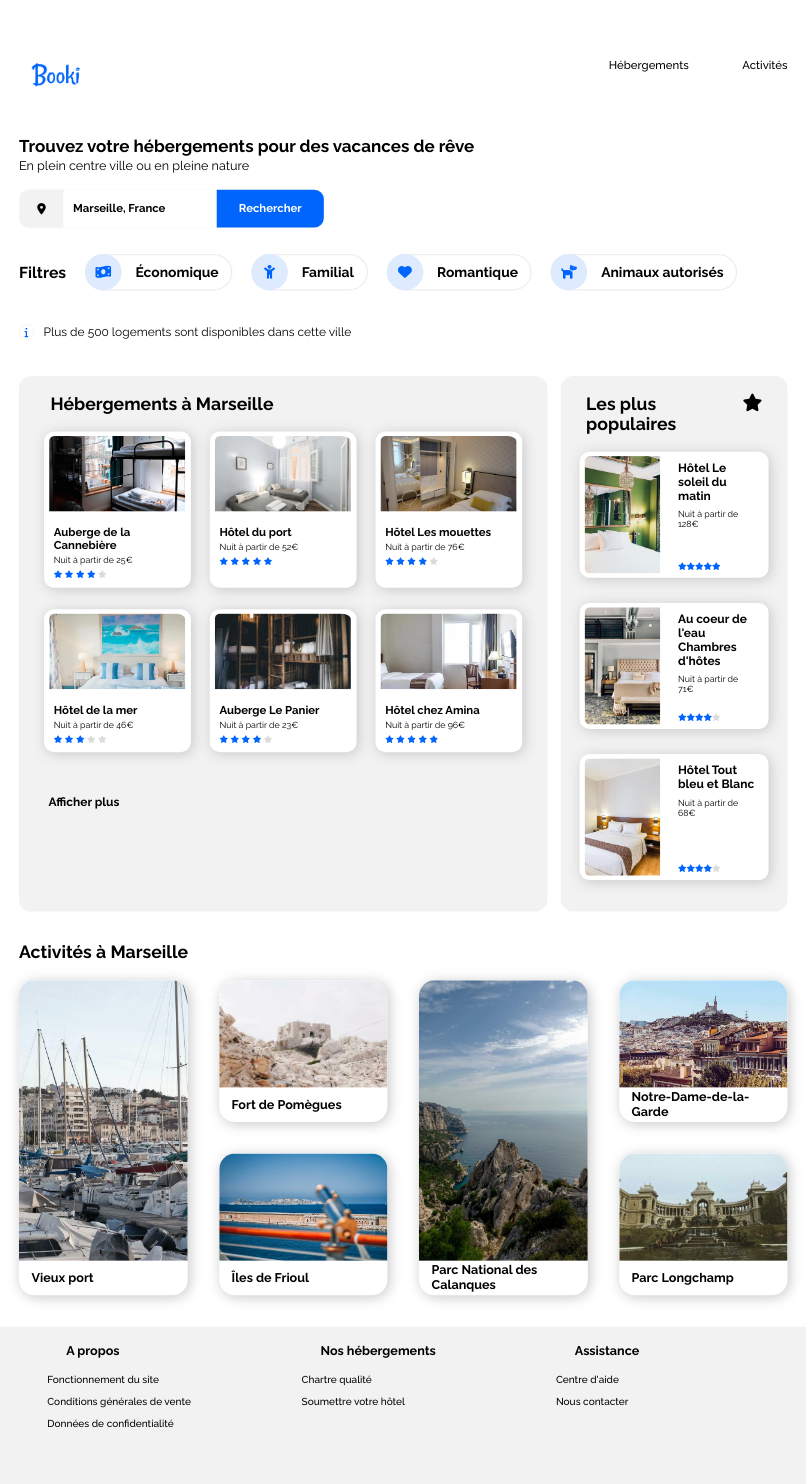
Repository: leandroBarbosaFR/booki
Page: index.html
An editor plug-in stored every save of this project. The page is shown before and after the next save, followed by the edit.
The browser window is 1280 px wide. The pictures show the whole page, at 63% of full size.

Above is the page before, as saved 2022-07-22 15:00:21.

After the next save:
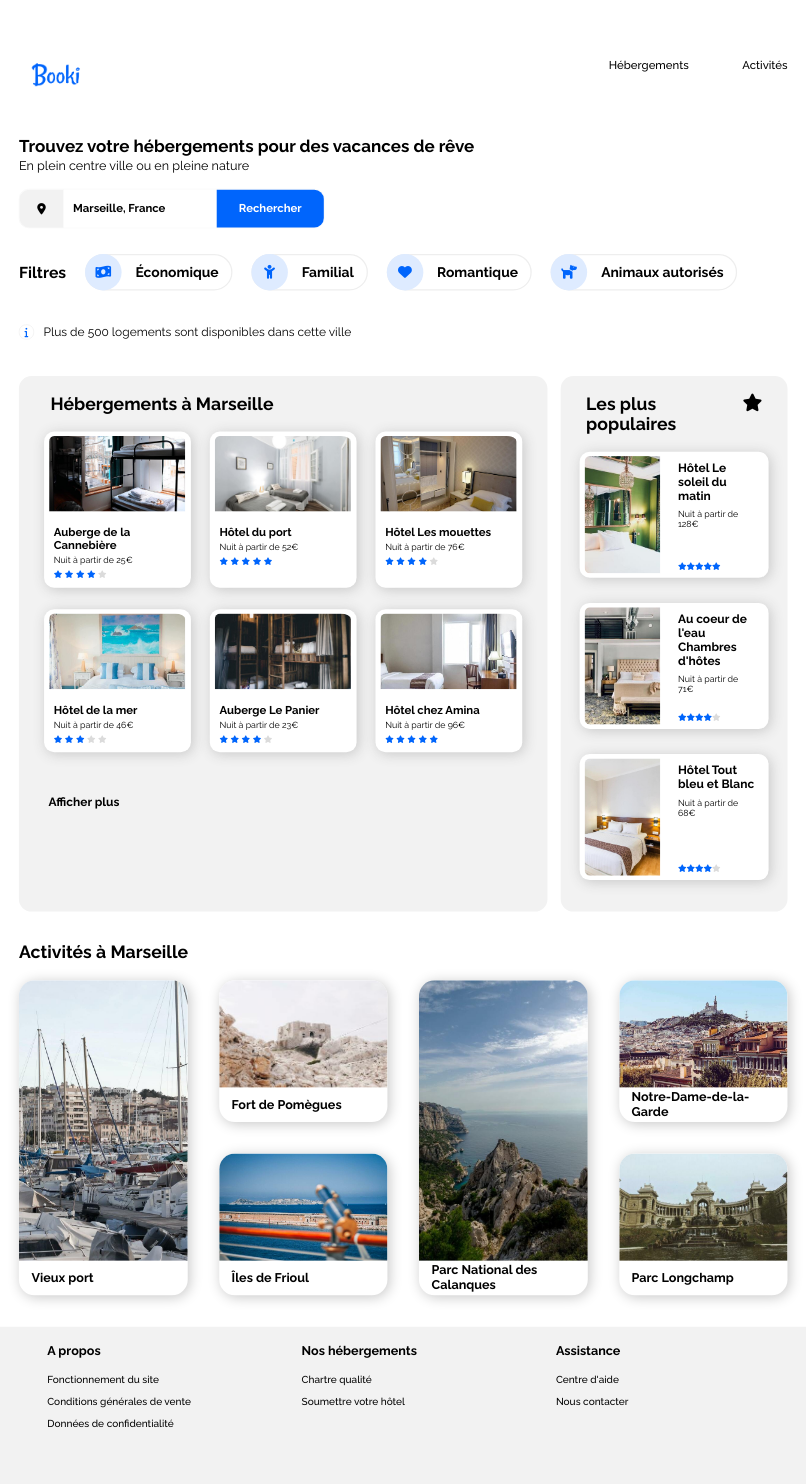
Saved 50 s later.
--- a/css/style.css
+++ b/css/style.css
@@ -427,7 +427,6 @@
   font-weight: 700;
   font-size: 20px;
   white-space: nowrap;
-  margin-left: 30px;
 
 }
 
